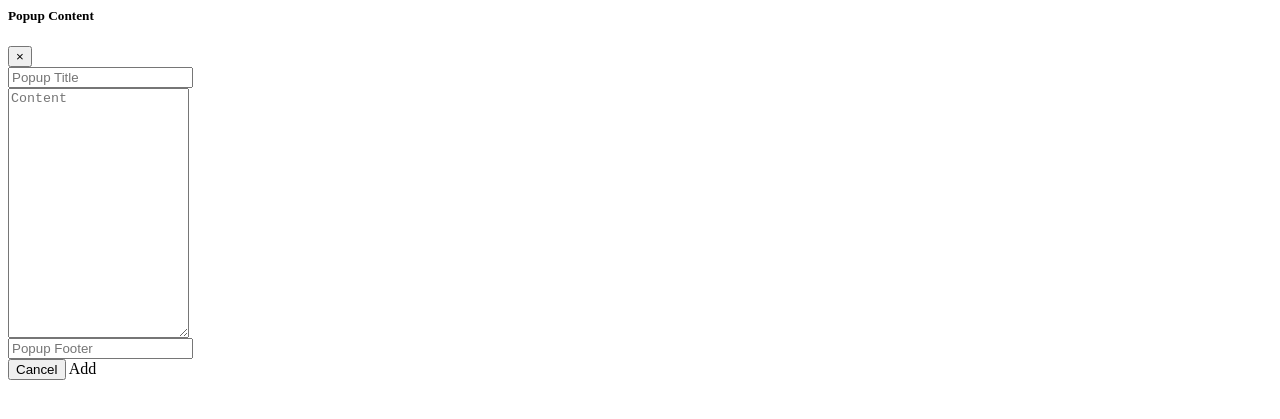
Repository: aache/alhayat
Page: http://localhost/admin/add_popup.php
These files come from the project's save history. The page is drawn as it stood at one moment and after the next save; the edit follows.
The browser window is 1280 px wide. The pictures show the whole page.
The page is run by PHP 8.4 with error messages shown; the project is at /var/www/html/.

Above is the page before, as saved 2019-04-24 05:09:17.

After the next save:
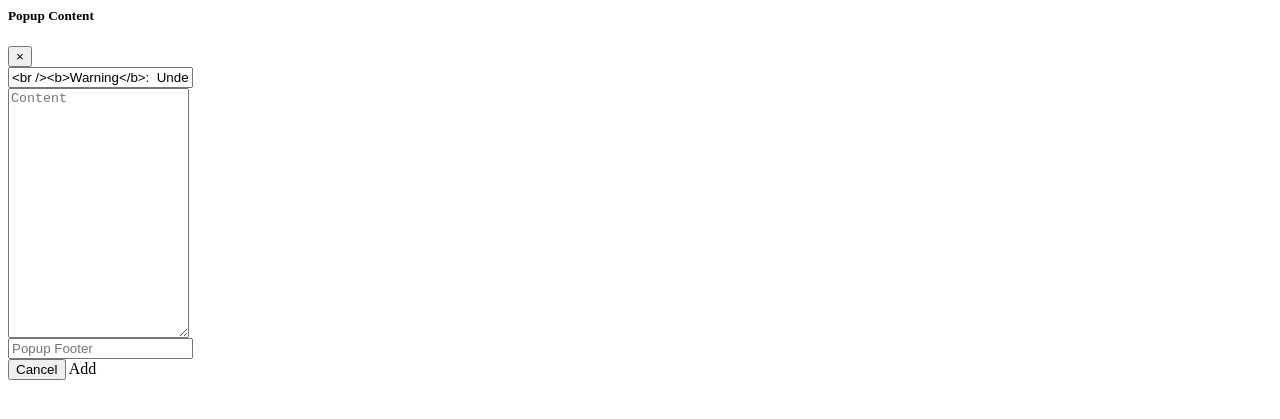
Saved 2 min 33 s later.
--- a/admin/add_popup.php
+++ b/admin/add_popup.php
@@ -9,7 +9,7 @@
         </div>
         <div class="modal-body">
             <div class="col-md-8 m-2">
-                <input type="text" name="popup_title" id="popup_title" placeholder="Popup Title" class="form-control"/>
+                <input type="text" name="popup_title" id="popup_title" value="<?php echo $row_select_popup['title'];?>" placeholder="Popup Title" class="form-control"/>
             </div>
             <div class="col-md-8 m-2">
                 <textarea name="popup_content"  id="popup_content" placeholder="Content" style="height:250px" class="form-control"></textarea>
